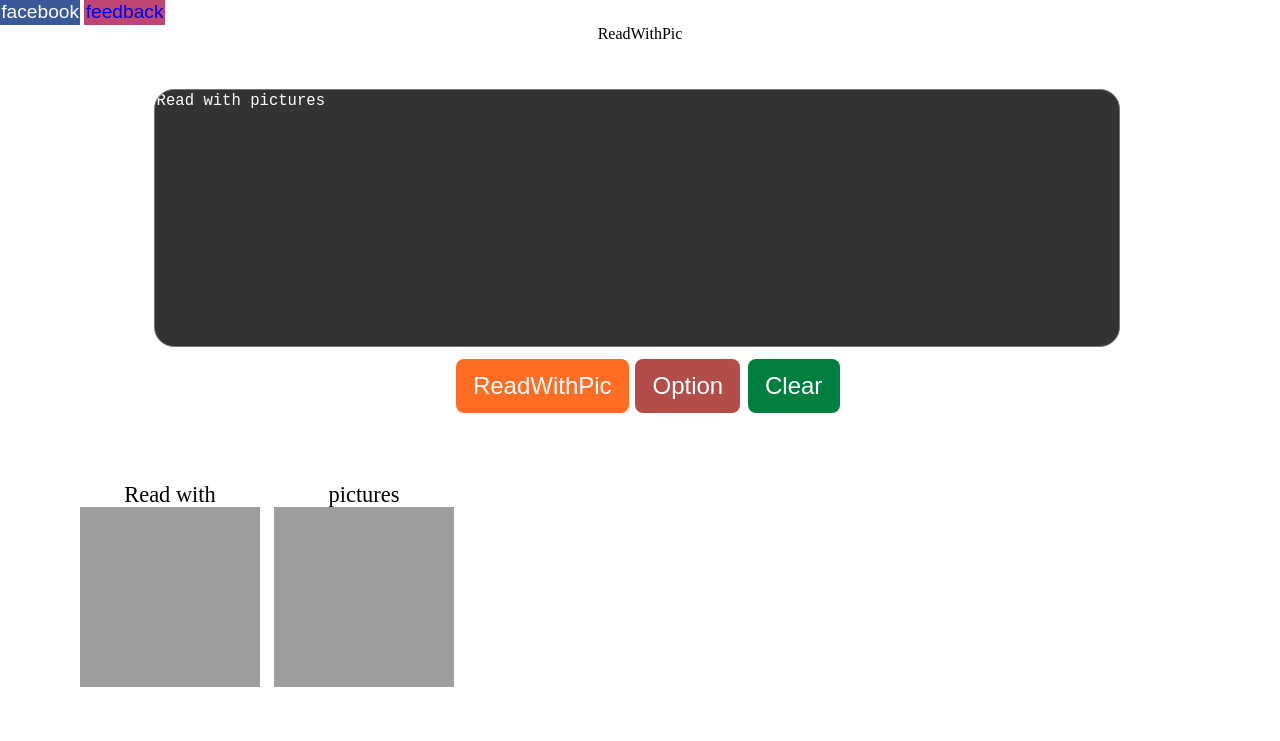
Repository: readwithpic/readwithpic.github.io
Page: index.html
The author's editor kept a record of every edit. The page is drawn from the files as they stood at one moment, then again after the next edit.
The browser window is 1280 px wide. The pictures show the whole page.
Pictures or frames that could not be fetched are drawn as grey boxes. Some web libraries are served in a nearby version.

Above is the page before.
Console error: TypeError: Cannot read properties of undefined (reading 'length')

After the next edit:
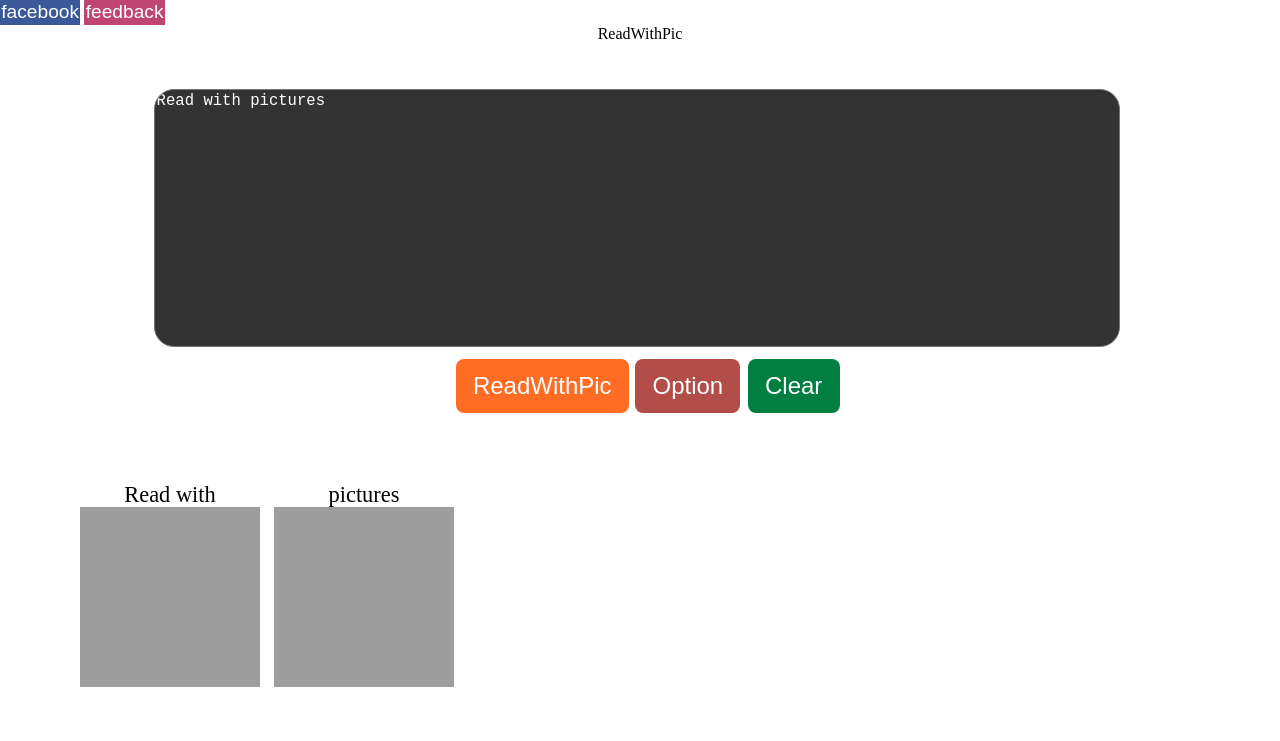
The edit:
--- a/index.html
+++ b/index.html
@@ -14,7 +14,7 @@
         <div class="social">
             <button type="button" class="facebook" onclick="window.open('https://www.facebook.com/readwithpic','_blank')">facebook
             </button>
-            <button type="button" class="feedback"  onclick="window.open('https://www.facebook.com/readwithpic','_blank')"><a href="#" class="bLink">feedback</a>
+            <button type="button" class="feedback"  onclick="window.open('https://www.facebook.com/readwithpic','_blank')">feedback
             </button>
         </div>
         <div class="logo"><a href="http://readwithpic.github.io" class="linkColor">ReadWithPic</a>
